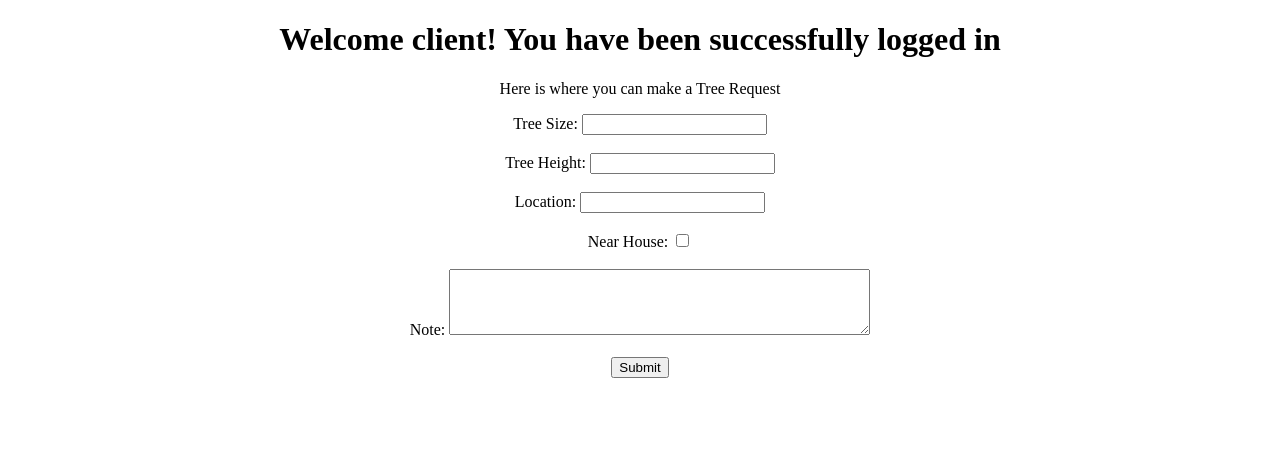
Repository: jrule5960/Tree-Cutting-Database
Page: http://localhost/database/ClientPage.jsp
The author's editor kept a copy of each file at every save. The page is drawn from the files as they stood at one save, then again after the next save.
The browser window is 1280 px wide. The pictures show the whole page.
The page is served by Tomcat 9. Other server files are loaded and not shown.

Above is the page before, as saved 2023-11-01 23:19:55.

### database/WebContent/ClientPage.jsp
<%@ page language="java" contentType="text/html; charset=ISO-8859-1" pageEncoding="ISO-8859-1" %>
<%@ taglib uri="http://java.sun.com/jsp/jstl/core" prefix="c" %>
<!DOCTYPE html>
<html>
<head>
    <meta charset="ISO-8859-1">
    <title>Client page</title>
</head>
<body>
    <center>
        <h1>Welcome client! You have been successfully logged in</h1>
    </center>

    <center>
            <p>Here is where you can make a Tree Request</p>

        <form action="processTreeRequest.jsp" method="post">
            <label for="treeSize">Tree Size:</label>
            <input type="number" name="treeSize" required><br><br>

            <label for="treeHeight">Tree Height:</label>
            <input type="number" name="treeHeight" required><br><br>

            <label for="location">Location:</label>
            <input type="text" name="location" required><br><br>

            <label for="nearHouse">Near House:</label>
            <input type="checkbox" name="nearHouse"><br><br>

            <label for="note">Note:</label>
            <textarea name="note" rows="4" cols="50"></textarea><br><br>

            <input type="submit" value="Submit">
        </form>
    </center>
</body>
</html>

After the next save:
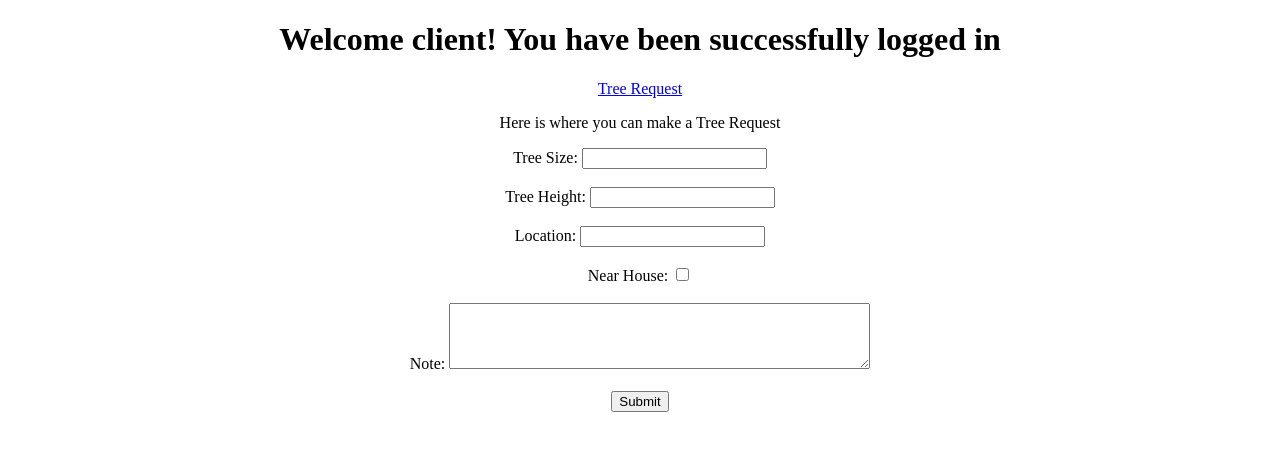
Saved 3 min 47 s later.
--- a/database/WebContent/ClientPage.jsp
+++ b/database/WebContent/ClientPage.jsp
@@ -12,6 +12,9 @@
     </center>
 
     <center>
+
+    			<a href="processTreeRequest.jsp" target="_self">Tree Request</a>
+
             <p>Here is where you can make a Tree Request</p>
 
         <form action="processTreeRequest.jsp" method="post">
